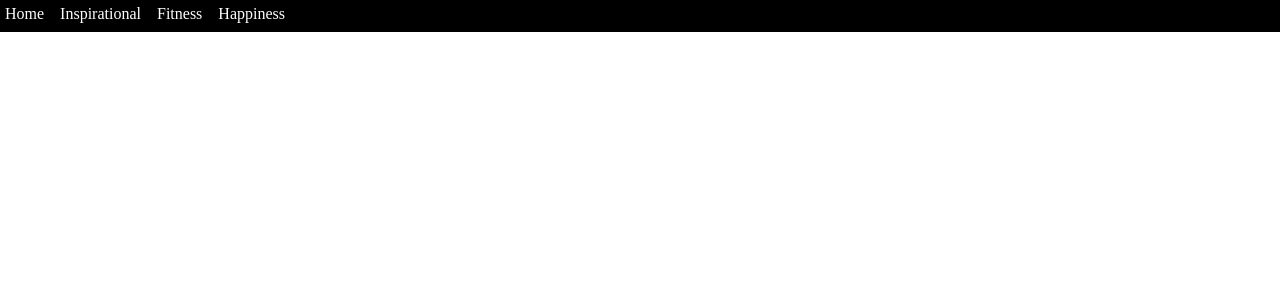
Repository: suraj-yadav7/quotes
Page: /inspiratinal
The author's editor kept a copy of each file at every save. The page is drawn from the files as they stood at one save, then again after the next save.
The browser window is 1280 px wide. The pictures show the whole page.
The project was rebuilt for these pictures with package versions that can differ from the ones it lists, and the page was loaded fresh each time. Also part of the build but not shown: vite.config.js, src/App.css.

Above is the page before, as saved 2023-05-28 11:24:29.

After the next save:
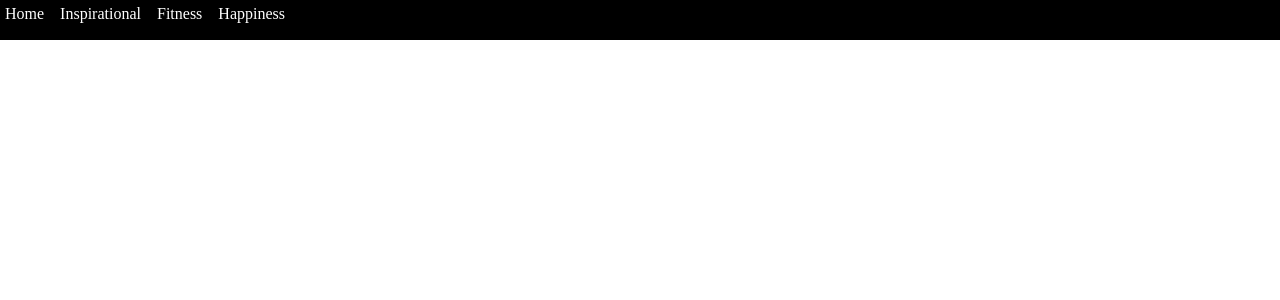
Saved 16 s later.
--- a/src/styles/home.scss
+++ b/src/styles/home.scss
@@ -1,7 +1,7 @@
 .navbar{
     background-color: black;
     color: white;
-    height: 2rem;
+    height: 2.5rem;
     width: 100%;
     >nav>ul{
         display: flex;
